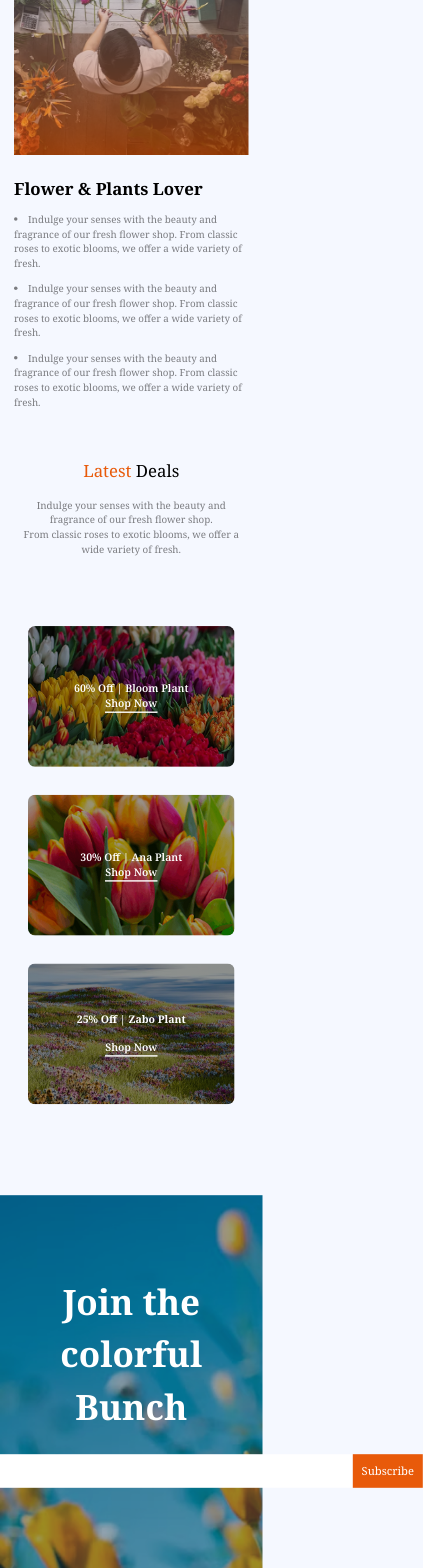
Repository: nahid-hasann/website-7
Page: index.html
These files come from the project's save history. The page is drawn as it stood at one moment and after the next save; the edit follows.
The browser window is 375 px wide. The page is 604 px wide, so the pictures cover 604 px, including what lies to the right of the window. The pictures show the part of the page from y = 2489 to 4729 px (the page is 4729 px tall before and 4499 px after), at 70% of full size.
Some web libraries are served in a nearby version.

Above is the page before, as saved 2025-07-24 21:27:21.

### index.html
<!DOCTYPE html>
<html lang="en">
<head>
    <meta charset="UTF-8">
    <meta name="viewport" content="width=device-width, initial-scale=1.0">
    <title> website-7 </title>
    <link rel="stylesheet" href="style.css">
     <script src="https://cdn.jsdelivr.net/npm/@tailwindcss/browser@4"></script>
    <link rel="stylesheet" href="https://cdnjs.cloudflare.com/ajax/libs/font-awesome/7.0.0/css/all.min.css" integrity="sha512-DxV+EoADOkOygM4IR9yXP8Sb2qwgidEmeqAEmDKIOfPRQZOWbXCzLC6vjbZyy0vPisbH2SyW27+ddLVCN+OMzQ==" crossorigin="anonymous" referrerpolicy="no-referrer" />
   <link rel="preconnect" href="https://fonts.googleapis.com">
<link rel="preconnect" href="https://fonts.gstatic.com" crossorigin>
<link href="https://fonts.googleapis.com/css2?family=Noto+Serif:ital,wght@0,100..900;1,100..900&display=swap" rel="stylesheet">
</head>
<body class="noto-serif-nahid">


    <header>
        <nav>
            <div class="nav-logo">
                <img src="assets/logo.png" alt="">
            </div>
            <div class="nav-menu">
                <ul>
                    <li class="ul-li" style="color: black; font-weight: bold;">Home</li>
                    <li class="ul-li" >Shop</li>
                    <li class="ul-li" >About us</li>
                    <li class="last-li" style="color: black;"><i class="fa-solid fa-cart-shopping"></i>Cart ($56)</li>
                </ul>
            </div>
        </nav>
    </header>

    <main>

        <section class="banner">
            <div class="banner-section">
                <div class="banner-description">
                    <h1>ALWAYS <span style="color: #e85a0a;">FRESH <br> FLOWERS</span></h1>
                    <p>Indulge your senses with the beauty and fragrance of our fresh flower shop. From classic roses to exotic blooms, we offer a wide variety of fresh flowers that are perfect for any occasion.  </p>
                </div>
                <div class="banner-img">
                    <img src="assets/hero-flower.png" alt="">
                </div>
            </div>
        </section>

        <section class="plants-section">
             <h1> <span style="color: #e85a0a;">Our</span> Plants</h1>
             <p>Indulge your senses with the beauty and fragrance of our fresh flower shop. From classic roses to exotic blooms, we offer a wide variety of fresh.</p>
             <div class="plants-card">
                <div class="card">
                    <img src="assets/sample-flower-image.png" alt="">
                    <h4>Lily Blossom</h4>
                    <h2>20 USD</h2>
                    <button class="btn">ADD TO CART</button>
                </div>
                 <div class="card">
                    <img src="assets/sample-flower-image.png" alt="">
                    <h4>Lily Blossom</h4>
                    <h2>20 USD</h2>
                    <button class="btn">ADD TO CART</button>
                </div>
                 <div class="card">
                    <img src="assets/sample-flower-image.png" alt="">
                    <h4>Lily Blossom</h4>
                    <h2>20 USD</h2>
                    <button class="btn">ADD TO CART</button>
                </div>
                 <div class="card">
                    <img src="assets/sample-flower-image.png" alt="">
                    <h4>Lily Blossom</h4>
                    <h2>20 USD</h2>
                    <button class="btn">ADD TO CART</button>
                </div>
                 <div class="card">
                    <img src="assets/sample-flower-image.png" alt="">
                    <h4>Lily Blossom</h4>
                    <h2>20 USD</h2>
                    <button class="btn">ADD TO CART</button>
                </div>
                 <div class="card">
                    <img src="assets/sample-flower-image.png" alt="">
                    <h4>Lily Blossom</h4>
                    <h2>20 USD</h2>
                    <button class="btn">ADD TO CART</button>
                </div>
                 <div class="card">
                    <img src="assets/sample-flower-image.png" alt="">
                    <h4>Lily Blossom</h4>
                    <h2>20 USD</h2>
                    <button class="btn">ADD TO CART</button>
                </div>
                 <div class="card">
                    <img src="assets/sample-flower-image.png" alt="">
                    <h4>Lily Blossom</h4>
                    <h2>20 USD</h2>
                    <button class="btn">ADD TO CART</button>
                </div>
             </div>
        </section>

        <section class="plants-lover-section">
            <div class="plants-lover-div">
                <div class="plants-lover-img">
                <img src="assets/flower-store.png" alt="">
                <div class="badge">
                    <img class="badge-img" src="assets/trusted-badge.png" alt="">
                </div>
            </div>
            <div class="plants-lover-content">
                <h1>Flower & Plants Lover</h1>
                <or>
                    <li>Indulge your senses with the beauty and fragrance of our fresh flower shop. From classic roses to exotic blooms, we offer a wide variety of fresh.</li>
                    <li>Indulge your senses with the beauty and fragrance of our fresh flower shop. From classic roses to exotic blooms, we offer a wide variety of fresh.</li>
                    <li>Indulge your senses with the beauty and fragrance of our fresh flower shop. From classic roses to exotic blooms, we offer a wide variety of fresh.</li>
                </or>
            </div>
            </div>
        </section>

        <section class="offer-main-section">

            <h1 class="text-[50px]"><span style="color: #e85a0a;">Latest</span>  Deals</h1>
            <p>Indulge your senses with the beauty and fragrance of our fresh flower shop. <br> From classic roses to exotic blooms, we offer a wide variety of fresh.</p>

           <div class="offer-section">
            <div class="card card-1">
                 <h3>60% Off | Bloom Plant</h3>
                 <a href="#">Shop Now</a>
            </div>
            <div class="card big-card">
                <h2>25% Off | Zabo Plant</h2>
                <a href="#">Shop Now</a>
            </div>
            <div class="card card-2">
                 <h3>30% Off | Ana Plant</h3>
                 <a href="#">Shop Now</a>
            </div>

           </div>

  </section>

  <section class="subscribe-section">

    <h1>Join the colorful Bunch</h1>

    <div class="subscibe">
        <input type="text" name="" placeholder="Write email" id="">
        <button class="btn-2">Subscribe</button>
    </div>
  </section>


    </main>




</body>
</html>

### style.css


*{
    margin: 0;
    padding: 0;
    box-sizing: border-box;
}


.noto-serif-nahid {
  font-family: "Noto Serif", serif;
  font-optical-sizing: auto;
  font-style: normal;
  font-variation-settings:
    "wdth" 100;
}

body{
    background-color: #f5f8ff;
}



/* header suru  */

header{
   margin: 20px auto;
   max-width: 1140px;
}

nav{
    display: flex;
    justify-content: space-between;
    align-items: center;
}

.nav-logo img{
    width: 100%;
}

.nav-menu ul{
     display: flex;
     gap: 30px;
     align-items: center;
     justify-content: center;
     margin: auto 0;
}

.nav-menu ul li{
    color: rgba(137, 135, 161, 1);
    font-weight: 400;
}


/* header sesh  */

/* banner-section  */

.banner{
    margin: 230px auto 130px auto;
    max-width: 1140px;

}

.banner-section{
     display: flex;
     align-items: end;
     justify-content: center;
}

.banner-description h1{
    font-size: 65px;
    font-weight: 800;

}

.banner-description p{
    font-size: 22px;
    color: #7b7c80;
}

.banner-img img{
    max-width: 570px;
}

/* banner-section  */

/* plants-section suru */

.plants-section{
    width: 1140px;
    margin: 130px auto;
}

.plants-section h1{
    text-align: center;
    font-size: 50px;
    margin-bottom: 14px;
    font-weight: 700;
}

.plants-card{
    display: grid;
    grid-template-columns: 1fr 1fr 1fr 1fr;
    gap: 30px;
    row-gap: 60px;
    margin-top: 60px;
}

.plants-section p{
    font-size: 22px;
    color: #7b7c80;
    text-align: center;
}

.card {
    display: flex;
    flex-direction: column;
    align-items: center;
    justify-content: center;
}

.card h4{
    font-size: 22px;
    font-weight: 300;
    margin-top: 18px;
}

.card h2{
    font-size: 22px;
    font-weight: 700;
    margin-bottom: 18px;
}

.btn{
    background-color: #e85a0a;
    width: 100%;
    padding: 13px 0;
    color: white;
}

/* plants-section sesh  */

/* plants-lover-section suru  */

.plants-lover-section{
    width: 1140px;
    margin: 180px auto 130px auto;
}



.plants-lover-div{
     display: grid;
     grid-template-columns: 1fr 1fr;
    align-items: center;
    justify-content: center;
    gap: 60px;
}

.plants-lover-img{
    position: relative;
}

.badge-img{
    position: absolute;
    top: -80px;
    right: -80px;
    width: 200px;
    z-index: 999;
     animation-name: zoominout;
    animation-timing-function: ease-in-out;
    animation-iteration-count: infinite;
    animation-duration: 4s;
}

@keyframes zoominout{
    0%, 100%{
        transform: scale(1);
    }

    50%{
        transform: scale(1.1);
    }
}



.plants-lover-content h1{
     font-size: 50px;
     font-weight: 700;
}

.plants-lover-content or li{
    font-size: 22px;
    color: #7b7c80;
}

/* plants-lover-section sesh  */


/* offer-section start  */

.offer-main-section{
    width: 1140px;
    margin: 130px auto;
}

.offer-main-section h1{
    text-align: center;
    margin-bottom: 20px;
}

.offer-main-section p{
    color: #7b7c80;
    text-align: center;
    margin-bottom: 100px;
    font-size: 24px;
}

.offer-section{
    display: grid;
    grid-template-columns: 1fr 2fr;
    margin: auto;
    width: 1140px;
    gap: 40px;
    grid-auto-rows: 201px;
    margin-top: 50px;
}

.card{
    border-radius: 10px;
}

.card h3{
    font-size: 20px;
    font-weight: 600;
    color: white;
}

.card a{
    border-bottom: 2px solid white;
    color: white;
    font-size: 20px;
    font-weight: 600;
}

.big-card h2{
    font-size: 40px;
    color: white;
}

.card-1{
    background: linear-gradient(rgba(0, 0, 0, 0.4), rgba(0, 0, 0, 0.4)), url('assets/deal-bloom.png') ;
    height: 201px;
    grid-column: 1;
    grid-row: 1;
     background-repeat: no-repeat;
    background-position: center;
    background-size: cover;
}

.big-card{
    background: linear-gradient(rgba(0, 0, 0, 0.4), rgba(0, 0, 0, 0.4)),   url('assets/deal-zabo.png');
    grid-column: 2;
    grid-row: span 2;
    background-repeat: no-repeat;
    background-position: center;
    background-size: cover;
}

.card-2{
        background: linear-gradient(rgba(0, 0, 0, 0.4), rgba(0, 0, 0, 0.4)),   url('assets/deal-ana.png');
        height: 201px;
        grid-column: 1;
    grid-row: 2;
     background-repeat: no-repeat;
    background-position: center;
    background-size: cover;
}

/* offer-section end  */

/* subscribe-section start  */

.subscribe-section{
    margin: 130px 0 0 0;
    background: url('assets/news-letter-bg.png') ;
    height: 533px;
    display: flex;
    flex-direction: column;
    align-items: center;
    justify-content: center;
}

.subscribe-section h1{
    font-size: 50px;
    text-align: center;
    margin-bottom: 30px;
    color: white;
    font-weight: 700;
}

.subscibe{
    display: flex;
}

.subscibe input{
    background-color: white;
    width: 733px;
    padding: 12px 50px 12px 15px;

}

.btn-2{
    background-color: #e85a0a;
    padding: 12px ;
    color: white;
    width: 100px;
}

/* subscribe-section end  */








/* media screen  */

@media screen and (max-width:575px) {
    header{
        width: 100%;
    }

nav{
    margin:0 30px;

}

.nav-logo img{
    width: 63px;
}
    .ul-li{
        display: none;
    }

    .banner{
        max-width: 575px;
        margin-top: 70px ;
        margin-bottom: 70px;
    }

    .banner-section{
        flex-direction: column-reverse;

    }

    .banner-description{
        margin-left: 30px;
    }

    .banner-description h1{
    font-size: 24px;
}

.banner-description p{
    font-size: 14px;
}

.banner-img img{
    max-width: 400px;
    margin-bottom: 80px;
}

.plants-section{
    width: 100% ;
    padding: 0 20px ;
    margin: 70px 0;

}

.plants-card{
    display: grid;
    grid-template-columns: 1fr 1fr;
    gap: 20px;
    row-gap: 40px;
}

.plants-section h1{
    font-size: 24px;
}
.plants-section p{
    font-size: 14px;
}

.card h4{
    font-size: 15px;
}

.card h2{
    font-size: 15px;
}

.btn{
    font-size: 15px;
}

.plants-lover-section{
    width: 100%;
    margin: 70px 0;
    padding: 0 20px;
}

.plants-lover-div{
    grid-template-columns: 1fr;
}

.badge-img{
    display: none;
}


.plants-lover-content h1{
    font-size: 24px;
    margin-top: -30px;
}

.plants-lover-content or li{
    font-size: 14px;
}

.plants-lover-content or li:nth-child(2){
    margin-top: 15px;
    margin-bottom: 15px;
}

.plants-lover-content or li:first-child{
    margin-top: 15px;
}

.offer-main-section{
    width: 100%;
    padding: 0 20px;
    margin-top: 70px ;
    margin-bottom: 70px;
}

.offer-main-section h1{
    font-size: 24px;
}

.offer-main-section p{
    font-size: 14px;
    margin-top: 15px;
}

.offer-section{
    grid-template-columns: 1fr;
    width: 100%;
    margin: 0px 0 70px 0;
    padding: 0 20px;
}

.card h3 {
    font-size: 15px;
}

.card a{
    font-size: 15px;
}

.big-card h2{
    font-size: 15px;
}

.card-1{
    grid-column: 1;
    grid-row: 1;
}

.card-2{
    grid-column: 1;
    grid-row: 2;
}

.big-card{
    grid-column: 1;
    grid-row: 3;
}

.subscribe-section

}

After the next save:
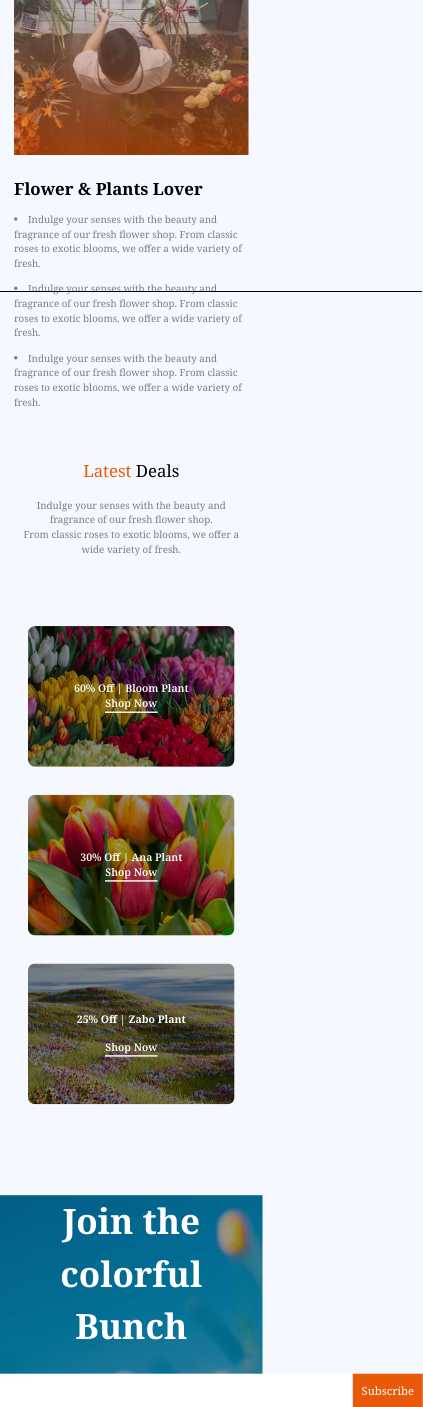
Saved 6 s later.
--- a/style.css
+++ b/style.css
@@ -491,6 +491,8 @@ nav{
     grid-row: 3;
 }
 
-.subscribe-section
-
-}
+.subscribe-section{
+    height: auto;
+}
+
+}
